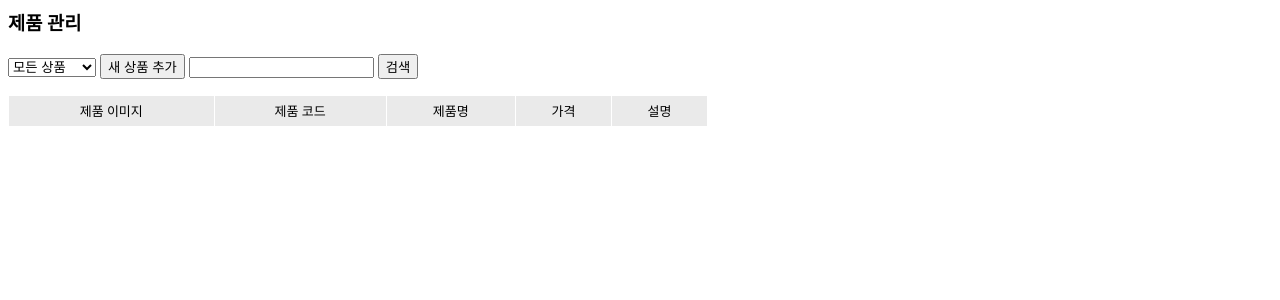
Repository: sjeong12/Photos
Page: http://localhost/LSJ_PHOTO/admin/productList.jsp
These files come from the project's save history. The page is drawn as it stood at one moment and after the next save; the edit follows.
The browser window is 1280 px wide. The pictures show the whole page.
The page is served by Tomcat 9. Queries for data that is not in the repository find no rows.

Above is the page before, as saved 2016-12-11 07:58:42.

After the next save:
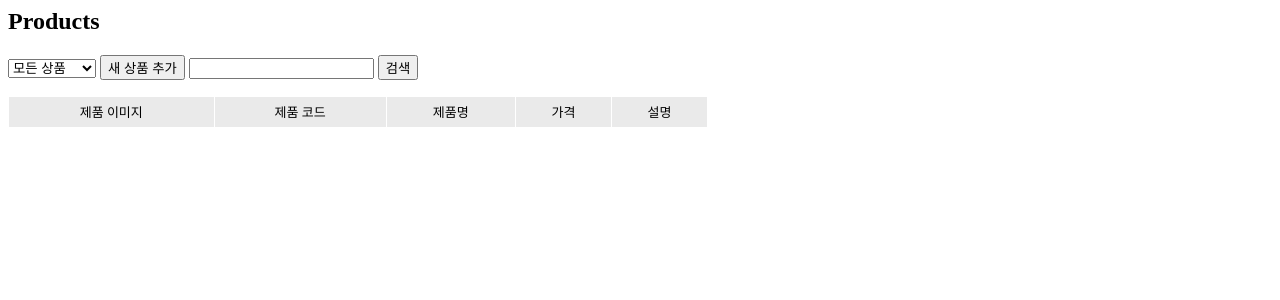
Saved 61 s later.
--- a/LSJ_PHOTO/WebContent/admin/productList.jsp
+++ b/LSJ_PHOTO/WebContent/admin/productList.jsp
@@ -3,7 +3,7 @@
 <meta http-equiv="Content-Type" content="text/html; charset=utf-8">
 <HTML><HEAD>
 <TITLE>제품 목록</TITLE></HEAD>
-<h3>제품 관리</h3>
+<h2>Products</h2>
 
 <script language=javascript>
 function add_product()
